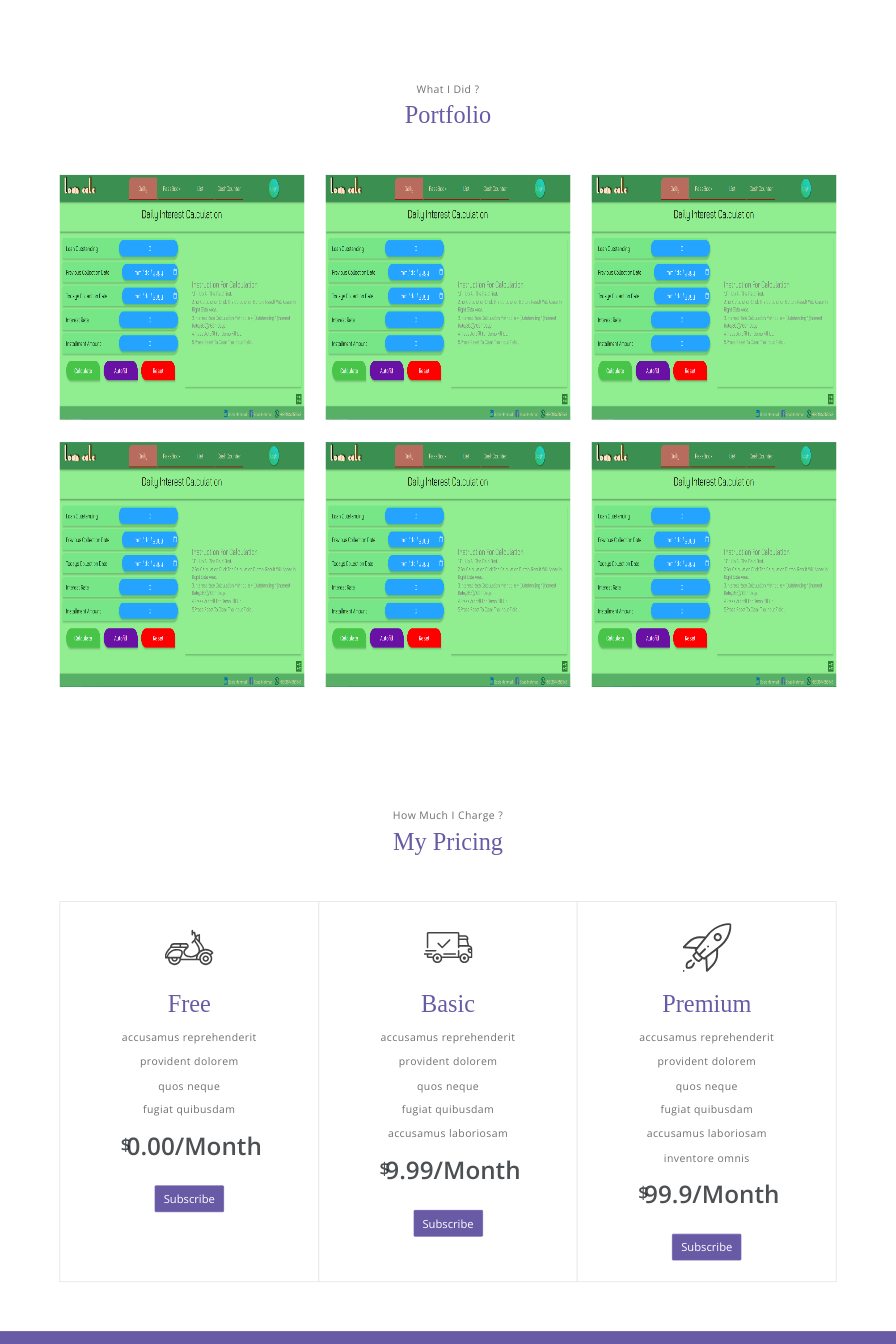
Repository: Soab42/portfolio
Page: /
An editor plug-in stored every save of this project. The page is shown before and after the next save, followed by the edit.
The browser window is 1280 px wide. The pictures show the part of the page from y = 1711 to 3631 px (the page is 5850 px tall before and 5858 px after), at 70% of full size.
Some web fonts or font styles are not loaded; a fallback is used. The project was rebuilt for these pictures with package versions that can differ from the ones it lists, and the page was loaded fresh each time. The framework's server and built-in components were replaced by stand-ins that run in the browser. Also part of the build but not shown: next.config.js.

Above is the page before, as saved 2023-10-09 14:27:36.

### app/layout.js
import "./globals.css";

export const metadata = {
  title: "syfuddhin",
  description: "Portfolio application for Soab Mahmud Syfuddhin",
};

export default function RootLayout({ children }) {
  return (
    <html lang="en">
      <body>{children}</body>
    </html>
  );
}

### app/page.js
/* eslint-disable @next/next/no-sync-scripts */
"use client";

import Nav from "@/components/Nav";
import "../public/assets/css/meyawo.css";
import { useEffect, useState } from "react";
import Heaader from "@/components/Heaader";
import About from "@/components/About";
import Service from "@/components/Service";
import Portfolio from "@/components/Portfolio";
import Pricing from "@/components/Pricing";
import Testmonial from "@/components/Testmonial";
import Contact from "@/components/Contact";
import Footer from "@/components/Footer";
import Blog from "@/components/Blog";
import Hire from "@/components/Hire";

export default function Home() {
  // Function to update scroll position
  const [scroll, setScroll] = useState(false);
  const updateScrollPosition = () => {
    const currentPosition =
      window.pageYOffset || document.documentElement.scrollTop;
    if (currentPosition >= 600) {
      setScroll(true);
    } else {
      setScroll(false);
    }
  };
  // Add scroll event listener on component mount
  useEffect(() => {
    window.addEventListener("scroll", updateScrollPosition);
    return () => {
      // Clean up the event listener on component unmount
      window.removeEventListener("scroll", updateScrollPosition);
    };
  }, []);

  return (
    <body>
      {/* <!-- Page Navbar --> */}
      <Nav scroll={scroll} />
      {/* <!-- End of Page Navbar --> */}
      {/* <!-- page header --> */}
      <Heaader />
      {/* <!-- end of page header --> */}
      {/* <!-- about section --> */}
      <About />
      {/* <!-- end of about section --> */}
      {/* <!-- service section --> */}
      <Service />
      {/* <!-- end of service section --> */}
      {/* <!-- portfolio section --> */}
      <Portfolio />
      {/* <!-- end of portfolio section --> */}
      {/* <!-- pricing section --> */}
      <Pricing />
      {/* <!-- end of pricing section --> */}
      {/* <!-- section --> */}
      <Hire />
      {/* <!-- end of section --> */}
      {/* <!-- testimonial section --> */}
      <Testmonial />
      {/* <!-- end of testimonial section --> */}
      {/* <!-- blog section --> */}
      <Blog />
      {/* <!-- end of blog section --> */}
      {/* <!-- contact section --> */}
      <Contact />
      {/* <!-- end of contact section --> */}
      {/* <!-- footer --> */}
      <Footer />
    </body>
  );
}

### components/Nav.js
import { setupNavigation } from "@/public/assets/js/soab";
import React from "react";

export default function Nav({ scroll }) {
  return (
    <nav className={`custom-navbar ${scroll && "affix"}`}>
      <div className="container">
        <a className="logo" href="#">
          .Syfuddhin
        </a>
        <ul className="nav">
          <li className="item">
            <a className="link" href="#home">
              Home
            </a>
          </li>
          <li className="item">
            <a className="link" href="#about">
              About
            </a>
          </li>
          <li className="item">
            <a className="link" href="#portfolio">
              Portfolio
            </a>
          </li>
          <li className="item">
            <a className="link" href="#testmonial">
              Testmonial
            </a>
          </li>
          <li className="item">
            <a className="link" href="#blog">
              Blog
            </a>
          </li>
          <li className="item">
            <a className="link" href="#contact">
              Contact
            </a>
          </li>
          <li className="item ml-md-3">
            <a href="components.html" className="btn btn-primary">
              Components
            </a>
          </li>
        </ul>
        <btn
          href="#"
          id="nav-toggle"
          onClick={() => setupNavigation()}
          className="hamburger hamburger--elastic"
        >
          <div className="hamburger-box">
            <div className="hamburger-inner"></div>
          </div>
        </btn>
      </div>
    </nav>
  );
}

### components/Heaader.js
import React from "react";

export default function Heaader() {
  return (
    <header id="home" className="header">
      <div className="overlay"></div>
      <div className="header-content container">
        <h1 className="header-title">
          <span className="up">HI!</span>
          <span className="down">I am Soab Mahmud </span>
        </h1>
        <p className="header-subtitle">FRONTEND WEB DEVELOPER</p>

        <a href="#portfolio" className="btn btn-primary">
          Visit My Works
        </a>
      </div>
    </header>
  );
}

### components/About.js
import Image from "next/image";
import React from "react";

export default function About() {
  return (
    <section className="section pt-5 bg-white" id="about">
      {/* <!-- container --> */}
      <div className="container text-center">
        {/* <!-- about wrapper --> */}
        <div className="about">
          <div className="about-img-holder">
            <Image
              width={600}
              height={400}
              src="/assets/imgs/man.png"
              className="about-img"
              alt="Download free bootstrap 4 landing page, free boootstrap 4 templates, Download free bootstrap 4.1 landing page, free boootstrap 4.1.1 templates, meyawo Landing page"
            />
          </div>
          <div className="about-caption">
            <p className="section-subtitle">Who Am I ?</p>
            <h2 className="section-title mb-3">About Me</h2>
            <div>
              <span>
                I am a dedicated web developer with a passion for creating
                digital experiences that leave a mark.
              </span>

              <span>
                Beyond the screen, I&apos;m a sports enthusiast, finding joy in
                playing cricket and football under the open sky. Traveling is my
                escape, as it exposes me to diverse cultures and fuels my
                creativity. Writing is not just a skill; it&apos;s an art form I
                cherish. Honesty is my cornerstone, and teamwork is my strength.
              </span>
              <span>
                I&apos;m a diligent, quick learner who thrives on challenges and
                embraces them as opportunities. My hunger for knowledge is
                insatiable, and I relish acquiring new skills and exploring the
                ever-evolving world of web development. Every day is a chance to
                grow and innovate.
                <hr />
              </span>
            </div>
            <button className="btn-rounded btn btn-outline-primary mt-4">
              Download CV
            </button>
          </div>
        </div>
        {/* <!-- end of about wrapper --> */}
      </div>
      {/* <!-- end of container --> */}
    </section>
  );
}

### components/Portfolio.js
import { projects } from "@/data/projects";
import Image from "next/image";
import ProjectsCard from "./ProjectsCard";

export default function Portfolio() {
  return (
    <section className="section bg-white" id="portfolio">
      <div className="container text-center">
        <p className="section-subtitle">What I Did ?</p>
        <h5 className="section-title mb-6">Portfolio</h5>

        {/* <!-- row --> */}
        <div className="row">
          {projects.map((project) => (
            <ProjectsCard key={project.imgLink} project={project} />
          ))}
          {/* <div className="col-md-4">
            <a href="#" className="portfolio-card">
              <Image
                width={350}
                height={350}
                src="/assets/imgs/folio-1.jpg"
                className="portfolio-card-img"
                alt="Download free bootstrap 4 landing page, free boootstrap 4 templates, Download free bootstrap 4.1 landing page, free boootstrap 4.1.1 templates, meyawo Landing page"
              />
              <span className="portfolio-card-overlay">
                <span className="portfolio-card-caption">
                  <h4>Web Designing</h4>
                  <p className="font-weight-normal">Category: Web Templates</p>
                </span>
              </span>
            </a>
          </div>
          <div className="col-md-4">
            <a href="#" className="portfolio-card">
              <Image
                width={350}
                height={350}
                className="portfolio-card-img img-responsive rounded"
                src="/assets/imgs/folio-2.jpg"
                alt="Download free bootstrap 4 landing page, free boootstrap 4 templates, Download free bootstrap 4.1 landing page, free boootstrap 4.1.1 templates, meyawo Landing page"
              />
              <span className="portfolio-card-overlay">
                <span className="portfolio-card-caption">
                  <h4>Web Designing</h4>
                  <p className="font-weight-normal">Category: Web Templates</p>
                </span>
              </span>
            </a>
          </div>
          <div className="col-md-4">
            <a href="#" className="portfolio-card">
              <Image
                width={350}
                height={350}
                className="portfolio-card-img img-responsive rounded"
                src="/assets/imgs/folio-3.jpg"
                alt="Download free bootstrap 4 landing page, free boootstrap 4 templates, Download free bootstrap 4.1 landing page, free boootstrap 4.1.1 templates, meyawo Landing page"
              />
              <span className="portfolio-card-overlay">
                <span className="portfolio-card-caption">
                  <h4>Web Designing</h4>
                  <p className="font-weight-normal">Category: Web Templates</p>
                </span>
              </span>
            </a>
          </div> */}
        </div>
        {/* <!-- end of row --> */}
      </div>
      {/* <!-- end of container --> */}
    </section>
  );
}

### components/Testmonial.js
import Image from "next/image";
import React from "react";

export default function Testmonial() {
  return (
    <section className="section bg-white" id="testmonial">
      <div className="container text-center">
        <p className="section-subtitle">What Think Client About Me ?</p>
        <h5 className="section-title mb-6">Testmonial</h5>

        {/* <!-- row --> */}
        <div className="row">
          <div className="col-md-6">
            <div className="testimonial-card">
              <div className="testimonial-card-img-holder">
                <Image
                  width={80}
                  height={70}
                  src="/assets/imgs/avatar2.jpg"
                  className="testimonial-card-img"
                  alt="Download free bootstrap 4 landing page, free boootstrap 4 templates, Download free bootstrap 4.1 landing page, free boootstrap 4.1.1 templates, meyawo Landing page"
                />
              </div>
              <div className="testimonial-card-body">
                <p className="testimonial-card-subtitle">
                  Lorem ipsum dolor sit amet, consectetur adipisicing elit.
                  Eaque doloribus autem aperiam earum nostrum omnis blanditiis
                  corporis perspiciatis adipisci nihil.
                </p>
                <h5 className="testimonial-card-title">Emily Reb</h5>
              </div>
            </div>
          </div>
          <div className="col-md-6">
            <div className="testimonial-card">
              <div className="testimonial-card-img-holder">
                <Image
                  width={80}
                  height={70}
                  src="/assets/imgs/avatar3.jpg"
                  className="testimonial-card-img"
                  alt="Download free bootstrap 4 landing page, free boootstrap 4 templates, Download free bootstrap 4.1 landing page, free boootstrap 4.1.1 templates, meyawo Landing page"
                />
              </div>
              <div className="testimonial-card-body">
                <p className="testimonial-card-subtitle">
                  Lorem ipsum dolor sit amet, consectetur adipisicing elit.
                  Eaque doloribus autem aperiam earum nostrum omnis blanditiis
                  corporis perspiciatis adipisci nihil.
                </p>
                <h5 className="testimonial-card-title">Emily Reb</h5>
              </div>
            </div>
          </div>
        </div>
      </div>
      {/* <!-- end of container --> */}
    </section>
  );
}

### components/Contact.js
import React from "react";

export default function Contact() {
  return (
    <section className="section bg-white" id="contact">
      <div className="container text-center">
        <p className="section-subtitle">How can you communicate?</p>
        <h5 className="section-title mb-5">Contact Me</h5>

        {/* <!-- contact form --> */}
        <form action="" className="contact-form col-md-10 col-lg-8 m-auto">
          <div className="form-row">
            <div className="form-group col-sm-6">
              <input
                type="text"
                size="50"
                className="form-control"
                placeholder="Your Name"
                required={true}
              />
            </div>
            <div className="form-group col-sm-6">
              <input
                type="email"
                className="form-control"
                placeholder="Enter Email"
                required={true}
              />
            </div>
            <div className="form-group col-sm-12">
              <textarea
                name="comment"
                id="comment"
                rows="6"
                className="form-control"
                placeholder="Write Something"
              ></textarea>
            </div>
            <div className="form-group col-sm-12 mt-3">
              <input
                type="submit"
                value="Send Message"
                className="btn btn-outline-primary rounded"
              />
            </div>
          </div>
        </form>
        {/* <!-- end of contact form --> */}
      </div>
      {/* <!-- end of container --> */}
    </section>
  );
}

### components/Footer.js
import React from "react";
import {
  FaFacebook,
  FaFacebookF,
  FaGithub,
  FaGoogle,
  FaInstagram,
  FaLinkedin,
  FaLinkedinIn,
  FaWhatsapp,
} from "react-icons/fa";
import {
  TiMail,
  TiSocialFacebook,
  TiSocialGithub,
  TiSocialInstagram,
  TiSocialLinkedin,
} from "react-icons/ti";

export default function Footer() {
  return (
    <div className="footerDiv bg-white">
      <footer className="footer ">
        <p className="mb-0">
          Copyright {new Date().getFullYear()}
          &copy;SYFUDDHIN
        </p>
        <div className="social-links text-right m-auto ml-sm-auto">
          <a href="#" className="link">
            <FaFacebookF />
          </a>
          <a href="#" className="link">
            <FaGoogle />
          </a>
          <a href="#" className="link">
            <FaInstagram />
          </a>

          <a href="#" className="link">
            <FaGithub />
          </a>
          <a href="#" className="link">
            <FaLinkedinIn />
          </a>
          <a href="#" className="link">
            <FaWhatsapp />
          </a>
        </div>
      </footer>
    </div>
  );
}

### components/Hire.js
import React from "react";

export default function Hire() {
  return (
    <section className="section-sm bg-primary ">
      {/* <!-- container --> */}
      <div className="container text-center text-sm-left">
        {/* <!-- row --> */}
        <div className="row align-items-center">
          <div className="col-sm offset-md-1 mb-4 mb-md-0">
            <h5 className="title text-light">Want to work with me?</h5>
            <p className="m-0 text-light">
              Always feel Free to Contact & Hire me
            </p>
          </div>
          <div className="col-sm offset-sm-2 offset-md-3">
            <button className="btn btn-lg my-font btn-light rounded">
              Hire Me
            </button>
          </div>
        </div>
        {/* <!-- end of row --> */}
      </div>
      {/* <!-- end of container --> */}
    </section>
  );
}

### public/assets/js/soab.js
export function setupNavigation() {
  var button = document.getElementById("nav-toggle");

  console.log(button);

  button.classList.toggle("is-active");
  var navList = document.querySelector("ul.nav");
  if (navList) {
    navList.classList.toggle("show");
  }
}

### data/projects.js
export const projects = [
  {
    imgLink: "/assets/imgs/loancalc.png",
    title: "Loan Calculator",
    category: "Web Development",
  },
  {
    imgLink: "/assets/imgs/loancalc.png",
    title: "Loan Calculator",
    category: "Web Development",
  },
  {
    imgLink: "/assets/imgs/loancalc.png",
    title: "Loan Calculator",
    category: "Web Development",
  },
  {
    imgLink: "/assets/imgs/loancalc.png",
    title: "Loan Calculator",
    category: "Web Development",
  },
  {
    imgLink: "/assets/imgs/loancalc.png",
    title: "Loan Calculator",
    category: "Web Development",
  },
  {
    imgLink: "/assets/imgs/loancalc.png",
    title: "Loan Calculator",
    category: "Web Development",
  },
];

### components/ProjectsCard.js
import Image from "next/image";

export default function ProjectsCard({ project }) {
  const { imgLink, title, category } = project;
  return (
    <div className="col-md-4">
      <btn className="portfolio-card">
        <Image
          width={450}
          height={350}
          src={imgLink}
          className="portfolio-card-img"
          alt="Download free bootstrap 4 landing page, free boootstrap 4 templates, Download free bootstrap 4.1 landing page, free boootstrap 4.1.1 templates, meyawo Landing page"
        />
        <span className="portfolio-card-overlay">
          <span className="portfolio-card-caption">
            <h4>{title}</h4>
            <p className="font-weight-normal">Category: {category}</p>
          </span>
        </span>
      </btn>
    </div>
  );
}

Loaded but not shown: app/globals.css (common file); public/assets/css/meyawo.css (library); components/Pricing.js (112 lines, source omitted); components/Blog.js (108 lines, source omitted); components/Service.js (91 lines, source omitted)

After the next save:
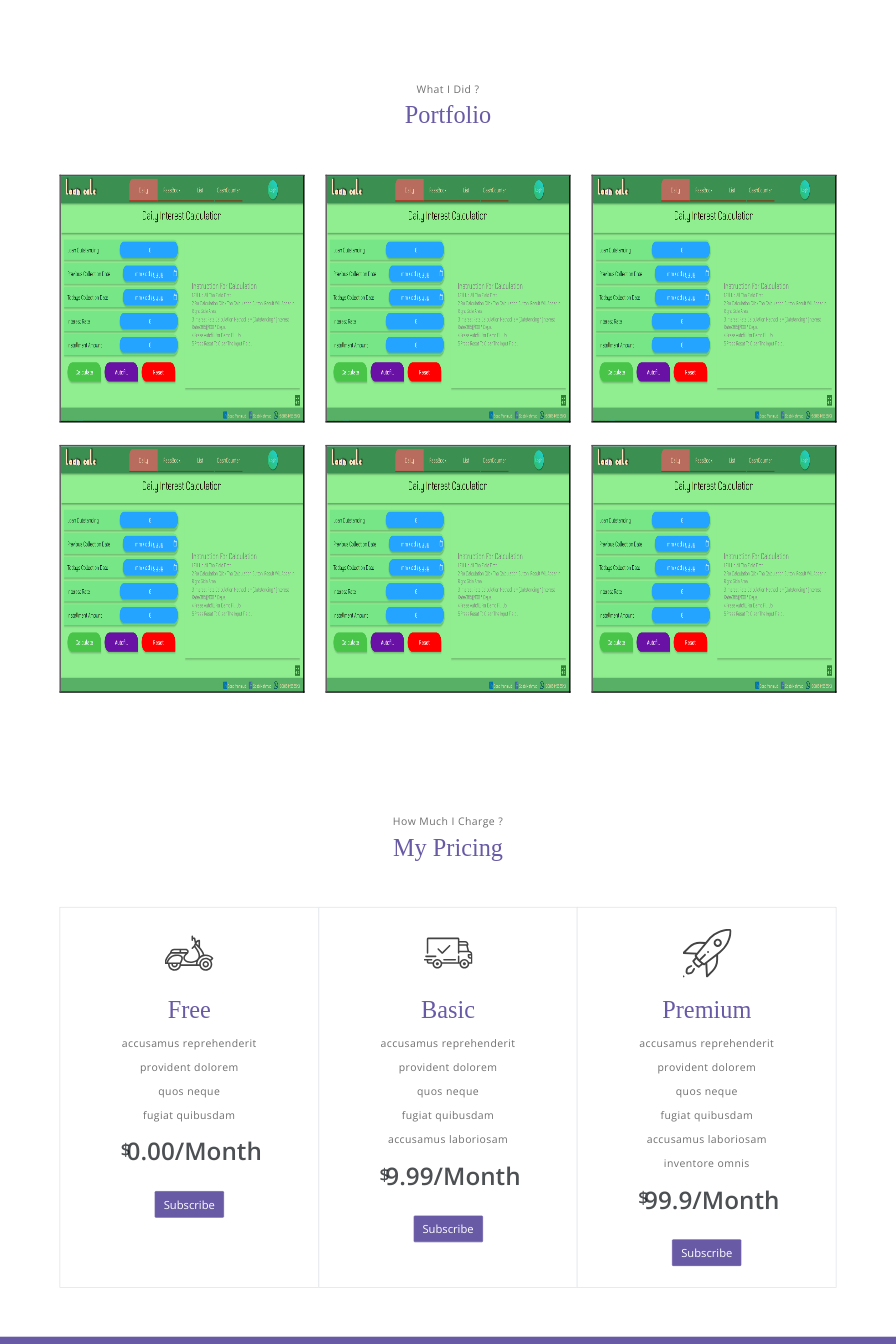
Saved 10 s later.
--- a/components/ProjectsCard.js
+++ b/components/ProjectsCard.js
@@ -4,7 +4,7 @@
   const { imgLink, title, category } = project;
   return (
     <div className="col-md-4">
-      <btn className="portfolio-card">
+      <button className="portfolio-card">
         <Image
           width={450}
           height={350}
@@ -18,7 +18,7 @@
             <p className="font-weight-normal">Category: {category}</p>
           </span>
         </span>
-      </btn>
+      </button>
     </div>
   );
 }

After the save that followed:
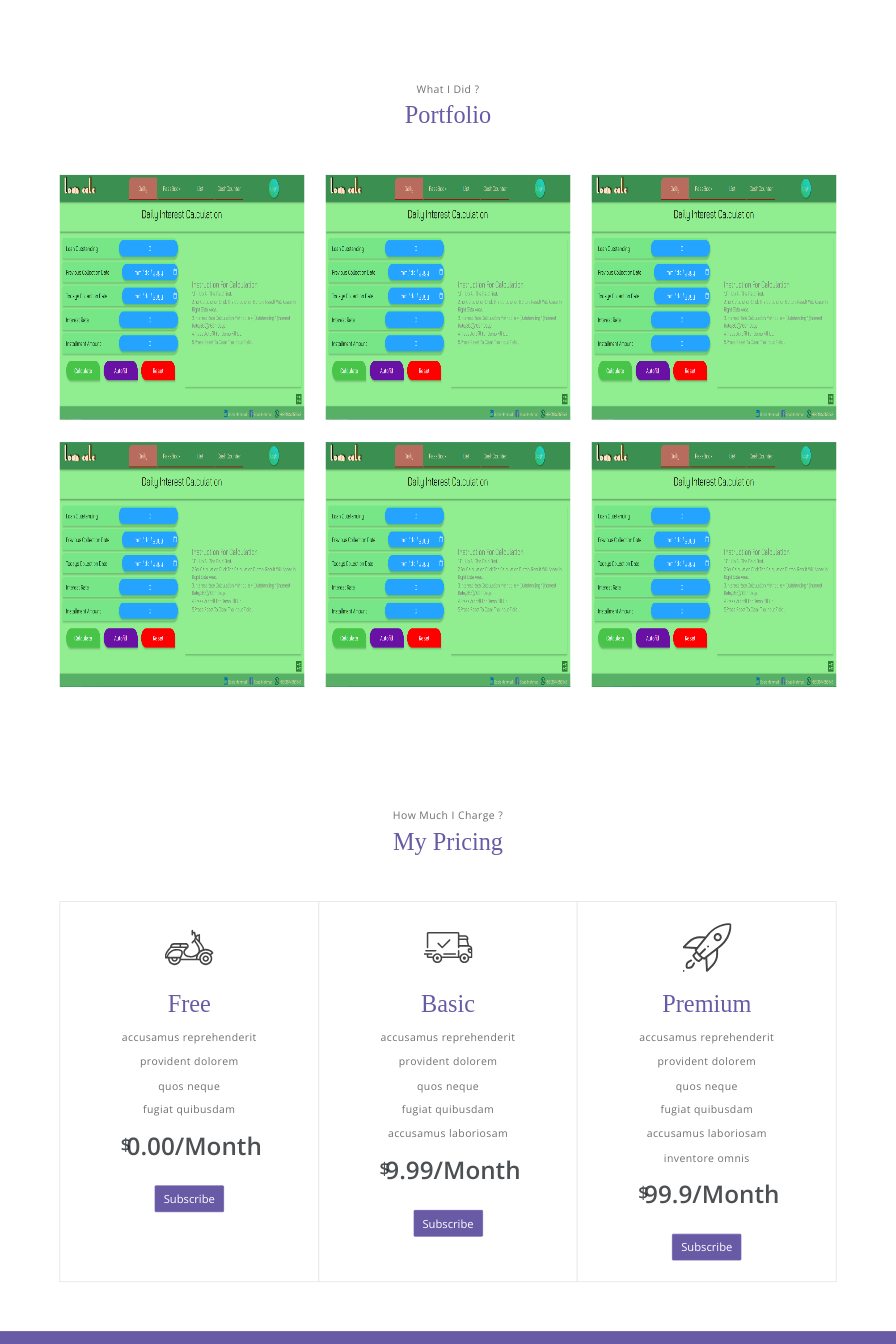
Saved 19 s later.
--- a/components/ProjectsCard.js
+++ b/components/ProjectsCard.js
@@ -4,7 +4,7 @@
   const { imgLink, title, category } = project;
   return (
     <div className="col-md-4">
-      <button className="portfolio-card">
+      <div className="portfolio-card">
         <Image
           width={450}
           height={350}
@@ -18,7 +18,7 @@
             <p className="font-weight-normal">Category: {category}</p>
           </span>
         </span>
-      </button>
+      </div>
     </div>
   );
 }
